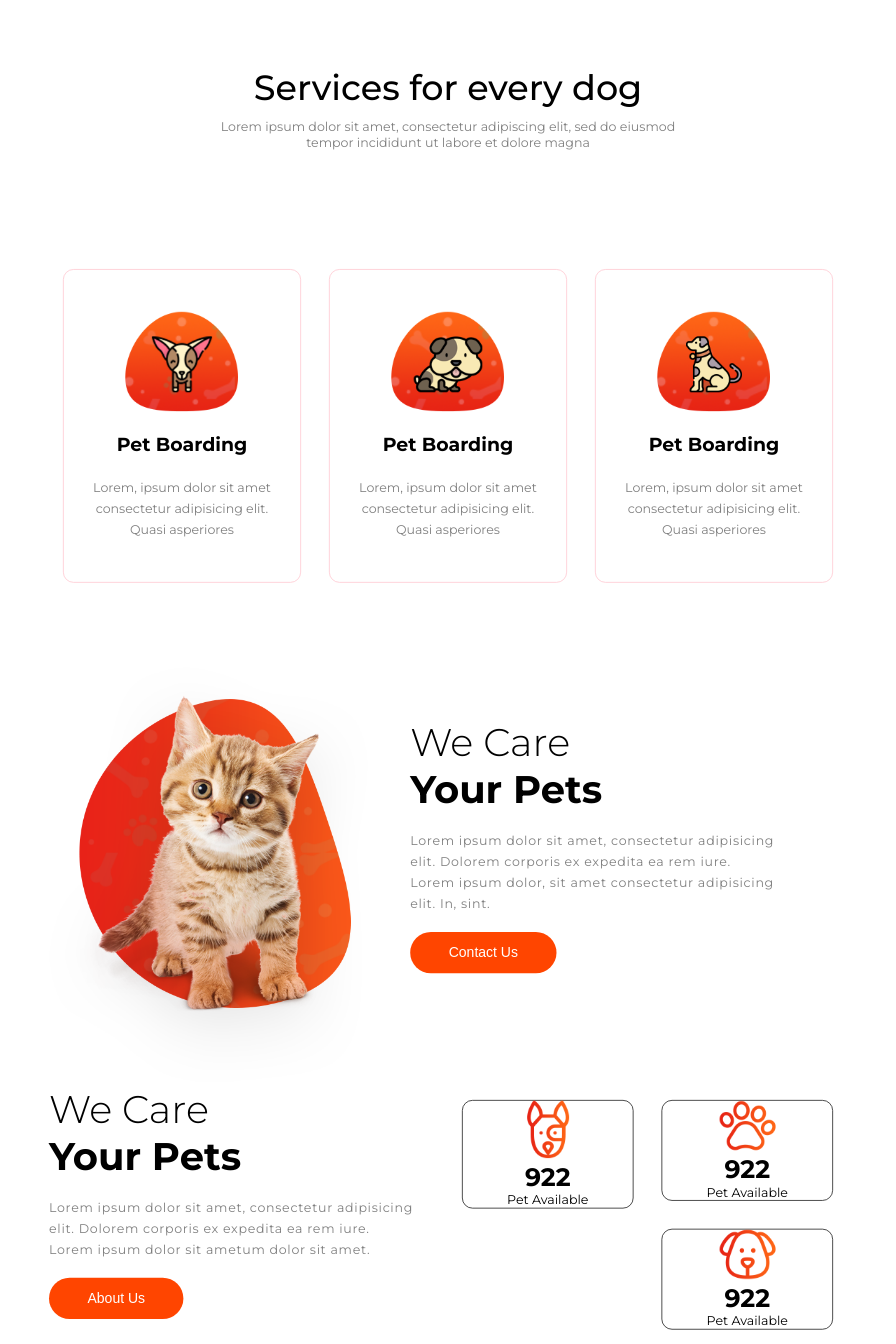
Repository: giahuy405/Day_2_Anipat
Page: index.html
An editor plug-in stored every save of this project. The page is shown before and after a run of saves, followed by the edit.
The browser window is 1280 px wide. The pictures show the part of the page from y = 788 to 2708 px (the page is 2708 px tall before and 2673 px after), at 70% of full size.

Above is the page before, as saved 2022-09-08 23:50:39.

After the next 3 saves:
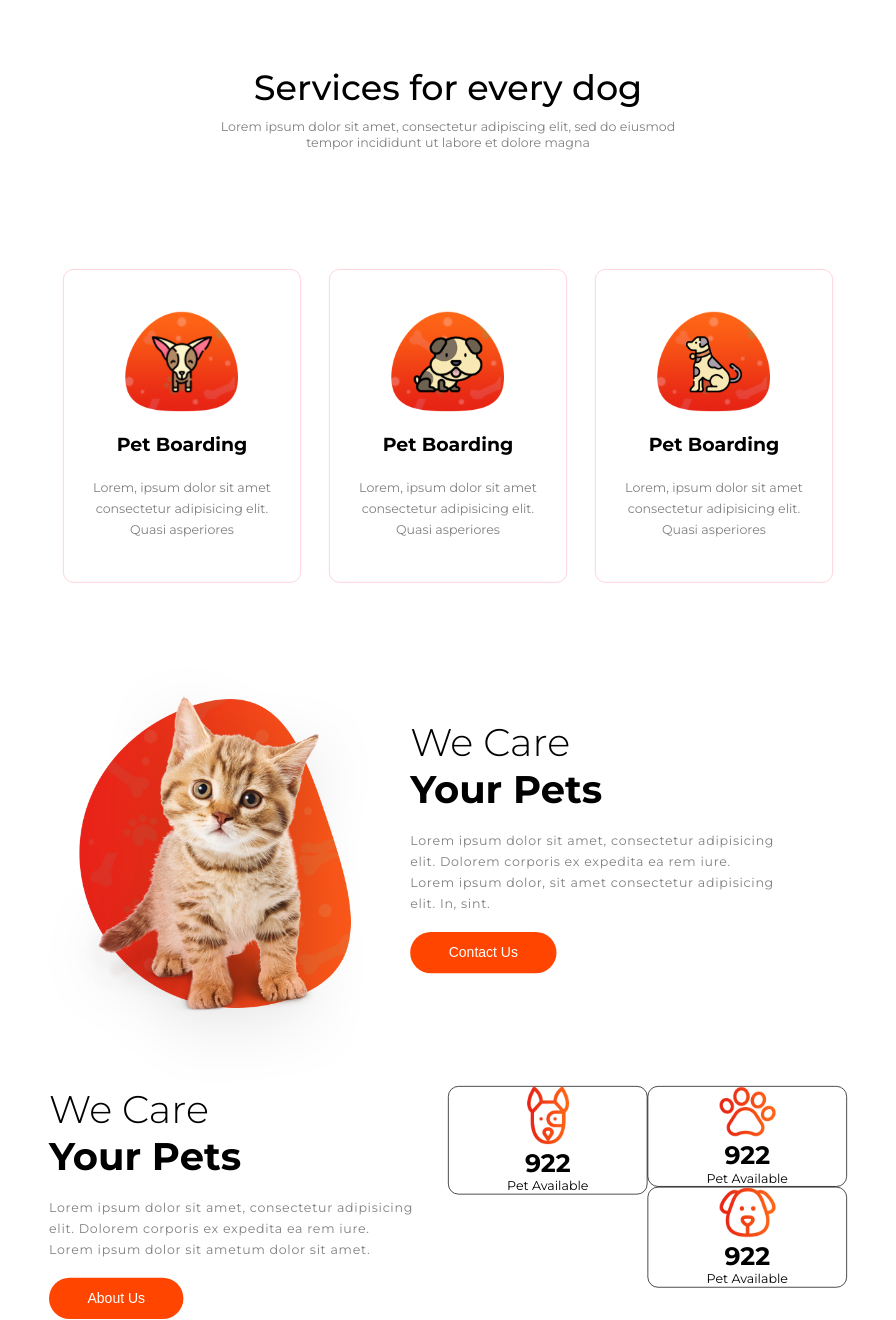
The 3 saves are shown as one change because they came seconds apart.
The last was saved 30 s later.
--- a/css/index.css
+++ b/css/index.css
@@ -221,9 +221,8 @@ html{
 .care__desc{
     border: 1px solid black;
     border-radius: 15px;
-    padding: ;
+
 }
 .care__card{
-    padding: 20px;
     text-align: center;
 }
